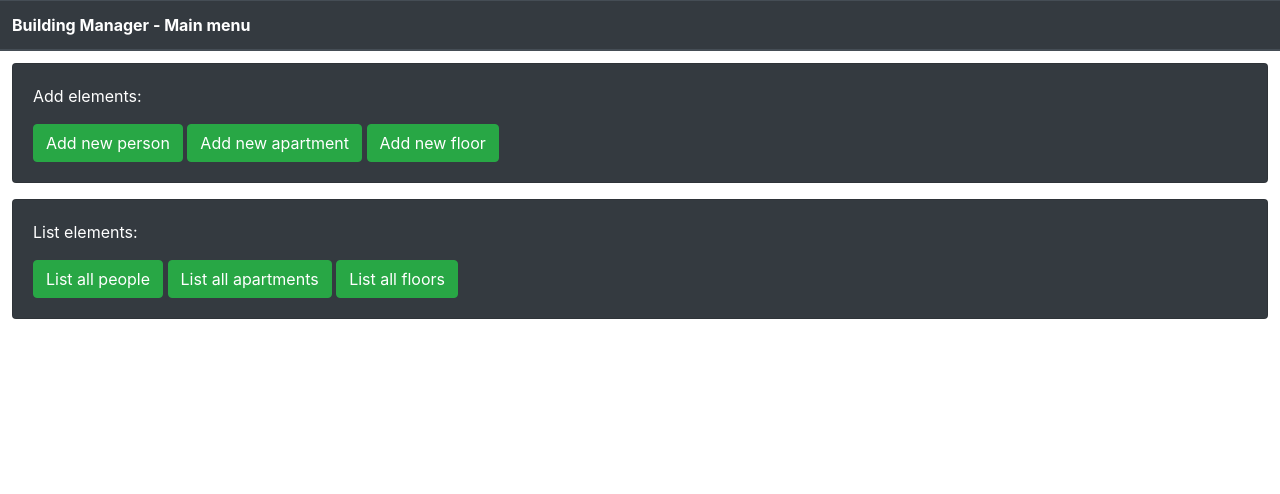
Repository: JMarJus/TalleresDUAL_2
Page: http://localhost/index
The author's editor kept a copy of each file at every save. The page is drawn from the files as they stood at one save, then again after the next save.
The browser window is 1280 px wide. The pictures show the whole page.
The page is this project's Thymeleaf template; nobody is signed in. The template is opened directly, without the code that normally fills it, so the values that code supplies are empty.

Above is the page before, as saved 2023-12-26 00:26:56.
Console error: TypeError: Cannot read properties of undefined (reading 'fn')

After the next save:
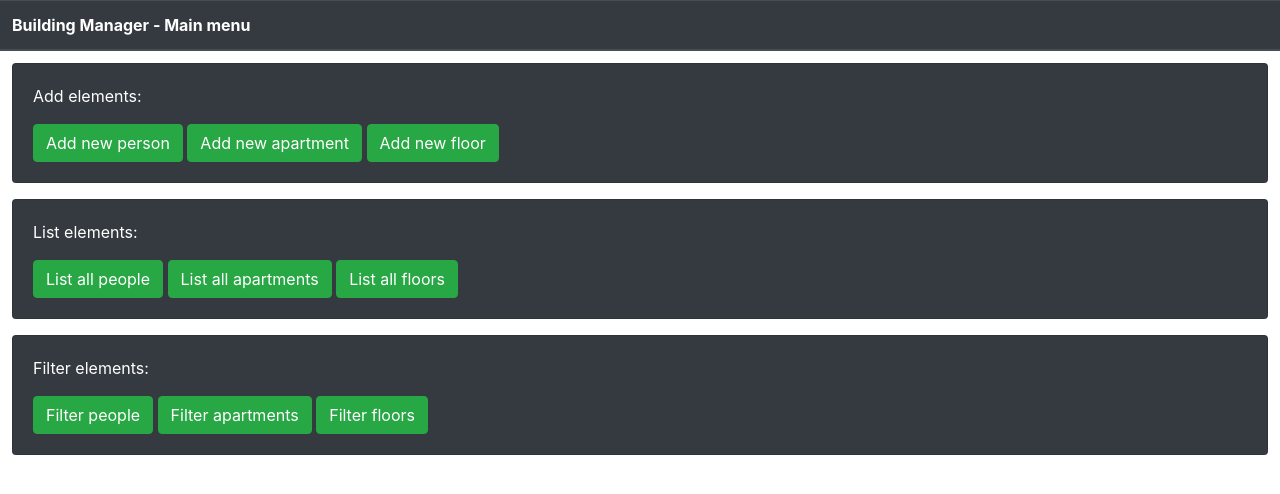
Saved 45 s later.
--- a/spring01/src/main/resources/templates/index.html
+++ b/spring01/src/main/resources/templates/index.html
@@ -34,6 +34,14 @@
 							<a th:href="@{/getFloors}" class="btn btn-success">List all floors</a>
 						</div>
 					</div>
+					<div class="card text-white bg-dark mb-3">
+		  				<div class="card-body">
+							<p>Filter elements:</p>
+							<a th:href="@{/getPeople}" class="btn btn-success">Filter people</a>
+							<a th:href="@{/getApartments}" class="btn btn-success">Filter apartments</a>
+							<a th:href="@{/getFloors}" class="btn btn-success">Filter floors</a>
+						</div>
+					</div>
 				</td>
 			</tr>
 		</tbody>
